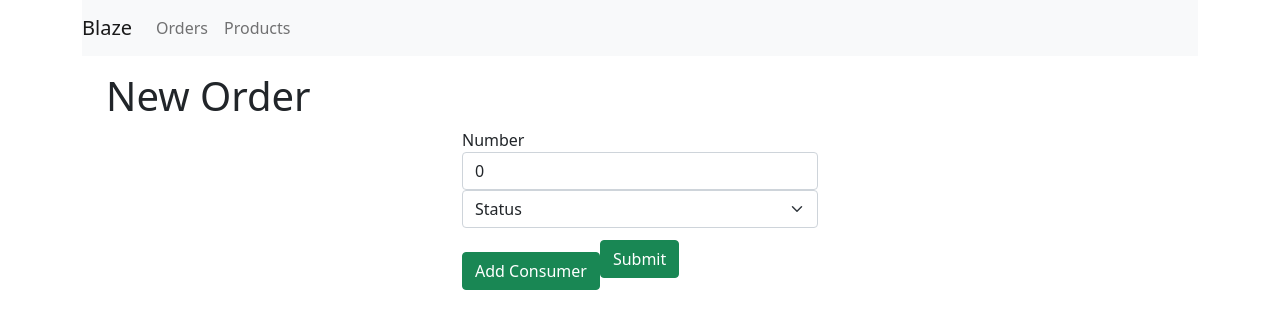
Repository: Isamae/Fractal
Page: /orders/order (app in frond/)
These files come from the project's save history. The page is drawn as it stood at one moment and after the next save; the edit follows.
The browser window is 1280 px wide. The pictures show the whole page.
The project was rebuilt for these pictures with package versions that can differ from the ones it lists, and the page was loaded fresh each time. Also part of the build but not shown: frond/src/App.css, frond/src/components/ProductComponent.js, frond/src/components/OrderComponent.js, frond/src/components/AddProductComponent.js, frond/src/components/EditProductComponent.js.

Above is the page before, as saved 2021-09-17 12:20:40.

### frond/src/index.js
import React from 'react';
import ReactDOM from 'react-dom';
import { BrowserRouter } from "react-router-dom";

import App from './App';
import * as serviceWorker from "./serviceWorker";


ReactDOM.render(
  <BrowserRouter>
    <App />
  </BrowserRouter>,
  document.getElementById('root')
);

serviceWorker.unregister();

### frond/src/App.js
import React, { Component } from "react";
import { Switch, Route, Link } from "react-router-dom";

import 'bootstrap/dist/css/bootstrap.min.css'
import './App.css';

import ProductComponent from "./components/ProductComponent";
import OrderComponent from "./components/OrderComponent";
import AddProductComponent from "./components/AddProductComponent";
import AddOrderComponent from "./components/AddOrderComponent";
import EditProductComponent from "./components/EditProductComponent";

class App extends Component {
  render() {
    return (
      <div className="container">
          <nav className="navbar navbar-expand-lg navbar-light bg-light">
              <Link to={"/orders"} className="navbar-brand">
                Blaze
              </Link>
              <div className="navbar-nav mr-auto">
                  <li className="nav-item">
                      <Link to={"/orders"} className="nav-link">
                          Orders
                      </Link>
                  </li>
                  <li className="nav-item">
                      <Link to={"/products"} className="nav-link">
                        Products
                      </Link>
                  </li>
              </div>
          </nav>

          <div className="container mt-3">
              <Switch>
                  <Route exact path="/products" component={ProductComponent} />
                  <Route exact path={["/", "/orders"]} component={OrderComponent} />
                  <Route exact path="/products/product" component={AddProductComponent} />
                  <Route exact path="/orders/order" component={AddOrderComponent} />
                  <Route path="/products/product/:id" component={EditProductComponent} />
              </Switch>
          </div>
      </div>
    );
  }
}

export default App;

### frond/src/serviceWorker.js
const isLocalhost = Boolean(
  window.location.hostname === 'localhost' ||
    // [::1] is the IPv6 localhost address.
    window.location.hostname === '[::1]' ||
    // 127.0.0.0/8 are considered localhost for IPv4.
    window.location.hostname.match(
      /^127(?:\.(?:25[0-5]|2[0-4][0-9]|[01]?[0-9][0-9]?)){3}$/
    )
);

export function register(config) {
  if (process.env.NODE_ENV === 'production' && 'serviceWorker' in navigator) {
    // The URL constructor is available in all browsers that support SW.
    const publicUrl = new URL(process.env.PUBLIC_URL, window.location.href);
    if (publicUrl.origin !== window.location.origin) {
      // Our service worker won't work if PUBLIC_URL is on a different origin
      // from what our page is served on. This might happen if a CDN is used to
      return;
    }

    window.addEventListener('load', () => {
      const swUrl = `${process.env.PUBLIC_URL}/service-worker.js`;

      if (isLocalhost) {
        // This is running on localhost. Let's check if a service worker still exists or not.
        checkValidServiceWorker(swUrl, config);

        // Add some additional logging to localhost, pointing developers to the
        // service worker/PWA documentation.
        navigator.serviceWorker.ready.then(() => {
          console.log(
            'This web app is being served cache-first by a service ' +
              'worker. To learn more, visit https://bit.ly/CRA-PWA'
          );
        });
      } else {
        // Is not localhost. Just register service worker
        registerValidSW(swUrl, config);
      }
    });
  }
}

function registerValidSW(swUrl, config) {
  navigator.serviceWorker
    .register(swUrl)
    .then(registration => {
      registration.onupdatefound = () => {
        const installingWorker = registration.installing;
        if (installingWorker == null) {
          return;
        }
        installingWorker.onstatechange = () => {
          if (installingWorker.state === 'installed') {
            if (navigator.serviceWorker.controller) {
              // At this point, the updated precached content has been fetched,
              // but the previous service worker will still serve the older
              // content until all client tabs are closed.
              console.log(
                'New content is available and will be used when all ' +
                  'tabs for this page are closed. See https://bit.ly/CRA-PWA.'
              );

              // Execute callback
              if (config && config.onUpdate) {
                config.onUpdate(registration);
              }
            } else {
              // At this point, everything has been precached.
              // It's the perfect time to display a
              // "Content is cached for offline use." message.
              console.log('Content is cached for offline use.');

              // Execute callback
              if (config && config.onSuccess) {
                config.onSuccess(registration);
              }
            }
          }
        };
      };
    })
    .catch(error => {
      console.error('Error during service worker registration:', error);
    });
}

function checkValidServiceWorker(swUrl, config) {
  // Check if the service worker can be found. If it can't reload the page.
  fetch(swUrl, {
    headers: { 'Service-Worker': 'script' }
  })
    .then(response => {
      // Ensure service worker exists, and that we really are getting a JS file.
      const contentType = response.headers.get('content-type');
      if (
        response.status === 404 ||
        (contentType != null && contentType.indexOf('javascript') === -1)
      ) {
        // No service worker found. Probably a different app. Reload the page.
        navigator.serviceWorker.ready.then(registration => {
          registration.unregister().then(() => {
            window.location.reload();
          });
        });
      } else {
        // Service worker found. Proceed as normal.
        registerValidSW(swUrl, config);
      }
    })
    .catch(() => {
      console.log(
        'No internet connection found. App is running in offline mode.'
      );
    });
}

export function unregister() {
  if ('serviceWorker' in navigator) {
    navigator.serviceWorker.ready
      .then(registration => {
        registration.unregister();
      })
      .catch(error => {
        console.error(error.message);
      });
  }
}

### frond/src/components/AddOrderComponent.js
import Button from "@restart/ui/esm/Button";
import { Modal } from 'react-bootstrap';
import React, { Component } from "react";
import Routes from "../services/routes.service";

class AddOrder extends Component {
    constructor(props) {
        super(props);
        this.onChangeNumber = this.onChangeNumber.bind(this);
        this.onChangeConsumer = this.onChangeConsumer.bind(this);
        this.onChangeStatus = this.onChangeStatus.bind(this);
        this.saveOrder = this.saveOrder.bind(this);
        this.newOrder = this.newOrder.bind(this);

        this.state = {
            show:false,
            id: null,
            order_number: 0,
            order_status: "",
            order_date: Date.now(),
            total_taxes: 0.0,
            total_amount:0.0,
            consumer:{
                id:null,
                name:"",
            },

            submitted: false
        };
    }

    setShow(showModal){
        this.setState({
            show: showModal
        });
    }

    handleClose = () => this.setShow(false);

    handleShow = () => this.setShow(true);

    onChangeNumber(e) {
        this.setState({
            order_number: e.target.value
        });
    }

    onChangeStatus(e) {
        this.setState({
            order_status: e.target.value
        });
    }

    onChangeConsumer(e){

    }

    saveOrder() {

        var data = {
            order_number: this.state.order_number,
            order_status: this.state.order_status,
            order_date: this.state.order_date,
            consumer: this.state.consumer,

        };

        Routes.createOrder(data)
            .then(response => {
                this.setState({
                    id: response.data._id,
                    order_number: response.data.order_number,
                    order_status: response.data.order_status,
                    order_date: response.data.order_date,
                    consumer: response.data.consumer,
                    total_taxes: response.data.total_taxes,
                    total_amount:response.data.total_amount,

                    submitted: true
                });
                console.log(response.data);
            })
            .catch(e => {
                console.log(e);
            });
    }

    newOrder() {
        this.setState({
            id: null,
            order_number: 0,
            order_status: "",
            order_date: Date.now(),
            total_taxes: 0.0,
            total_amount:0.0,
            consumer:{
                id:null,
                name:"",
            },

            submitted: false
        });
    }

    render() {
        return (
            <div  className="container ">
                <div className="d-flex flex-row"><h1>New Order</h1></div>

                <div className="submit-form  d-flex justify-content-center">
                    {this.state.submitted ? (
                    <div>
                        <h4>You submitted successfully!</h4>
                        <button className="btn btn-success" onClick={this.newOrder}>
                            Add
                        </button>
                    </div>
                    ) : (
                    <div className="col-4 ">
                        <div className="form-group">
                            <label htmlFor="name">Number</label>
                            <input
                                type="number"
                                className="form-control"
                                id="order_number"
                                required
                                value={this.state.order_number}
                                onChange={this.onChangeStatus}
                                name="order_number"
                            />
                        </div>

                        <div className="form-group">
                            <select className="form-select"
                                id="active"
                                required
                                value={this.state.active}
                                onChange={this.onChangeStatus}
                                name="active">
                                <option selected>Status</option>
                                <option value="Pending">Pending</option>
                                <option value="Completed">Completed</option>
                                <option value="Rejected">Rejected</option>
                            </select>
                        </div>

                        <button onClick={this.handleShow}class="btn btn-success mt-4 mr-2">Add Consumer</button>
                        <button onClick={this.saveOrder} className="btn btn-success">
                            Submit
                        </button>
                    </div>
                    )}
                </div>
                {/* <!--- Model Box ---> */}
                <div className="model_box">
                    <Modal
                        show={this.state.show}
                        onHide={this.handleClose}
                        backdrop="static"
                        keyboard={false}
                    >
                        <Modal.Header closeButton>
                        <Modal.Title>Add Record</Modal.Title>
                        </Modal.Header>
                            <Modal.Body>
                                <div class="form-group">
                                    <input type="email" class="form-control" id="exampleInputEmail1" aria-describedby="emailHelp" placeholder="Enter Name"/>
                                </div>
                                <div class="form-group mt-3">
                                    <input type="email" class="form-control" id="exampleInputEmail1" aria-describedby="emailHelp" placeholder="Enter Country"/>
                                </div>
                                <div class="form-group mt-3">
                                    <input type="email" class="form-control" id="exampleInputEmail1" aria-describedby="emailHelp" placeholder="Enter City"/>
                                </div>
                                <div class="form-group mt-3">
                                    <input type="password" class="form-control" id="exampleInputPassword1" placeholder="Enter Country"/>
                                </div>

                                <button type="submit" class="btn btn-success mt-4">Add Record</button>
                            </Modal.Body>

                        <Modal.Footer>
                        <Button variant="secondary" onClick={this.handleClose}>
                            Close
                        </Button>

                        </Modal.Footer>
                    </Modal>
                </div>
                {/* Model Box Finsihs */}

            </div>
        );
    }
}

export default AddOrder;

### frond/src/services/routes.service.js
import http from '../http';

class Routes{
    /*Product*/
    getAllProducts(){
        return http.get("/products/");
    }

    createProduct(data) {
        return http.post("/products/product", data);
    }

    updateProduct(id, data) {
        return http.put(`/products/product/${id}`, data);
    }

    deleteProduct(id) {
        return http.delete(`/products/product/${id}`);
    }

    getProduct(id) {
        return http.get(`/products/product/dato/${id}`);
    }

    /*Orders*/
    getAllOrders(){
        return http.get("/orders");
    }

    createOrder(data) {
        return http.post("/orders/order", data);
    }
}

export default new Routes();

Loaded but not shown: frond/public/index.html (common file); frond/src/http.js (common file)

After the next save:
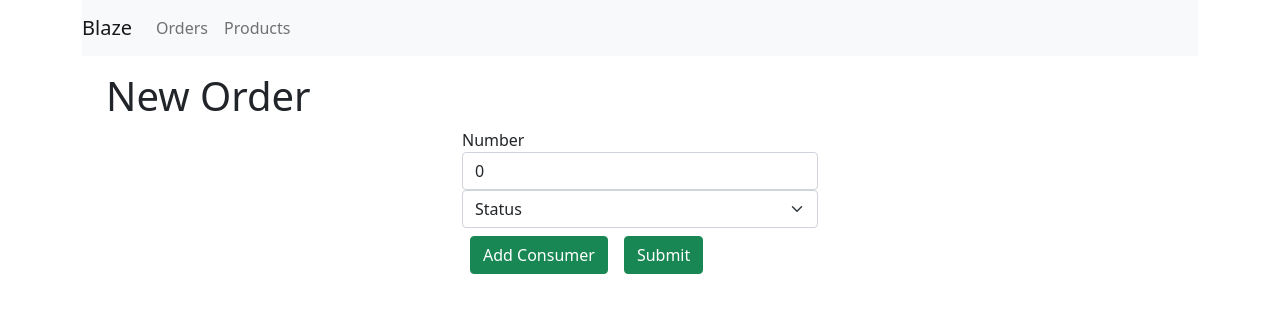
Saved 18 s later.
--- a/frond/src/components/AddOrderComponent.js
+++ b/frond/src/components/AddOrderComponent.js
@@ -144,8 +144,8 @@ class AddOrder extends Component {
                             </select>
                         </div>
 
-                        <button onClick={this.handleShow}class="btn btn-success mt-4 mr-2">Add Consumer</button>
-                        <button onClick={this.saveOrder} className="btn btn-success">
+                        <button onClick={this.handleShow}class="btn btn-success m-2">Add Consumer</button>
+                        <button onClick={this.saveOrder} className="btn btn-success  m-2">
                             Submit
                         </button>
                     </div>
